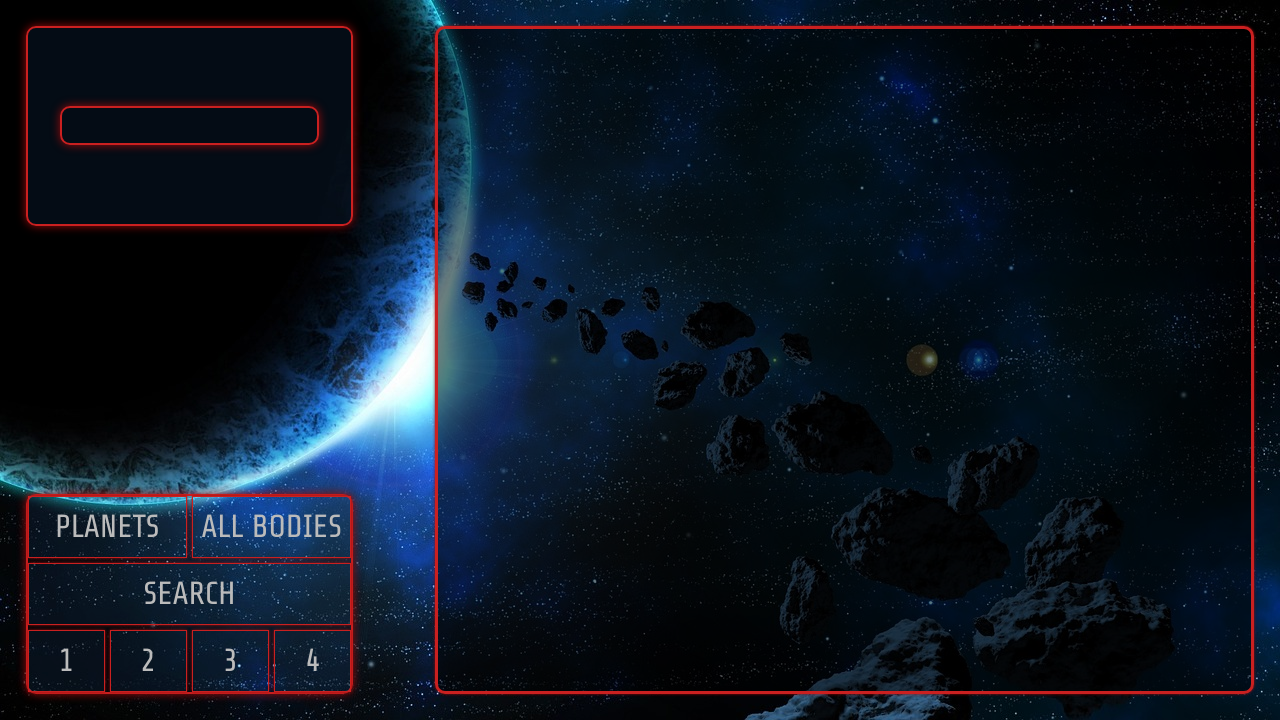
Repository: Przemek-Szadkowski/space-bodies
Page: /
These files come from the project's save history. The page is drawn as it stood at one moment and after the next save; the edit follows.
The browser window is 1280 px wide. The pictures show the whole page.
The page's requests for data from a server got no answer. The project was rebuilt for these pictures with package versions that can differ from the ones it lists, and the page was loaded fresh each time. No one was signed in, and anything a server would have sent is missing. Also part of the build but not shown: src/components/BodieRecord.js.

Above is the page before, as saved 2021-11-27 15:04:54.

### public/index.html
<!DOCTYPE html>
<html lang="en">
  <head>
    <meta charset="utf-8" />
    <meta name="viewport" content="width=device-width, initial-scale=1" />
    <meta />
    <title>Space-bodies</title>
    <link
      href="https://fonts.googleapis.com/css2?family=Share+Tech&display=swap"
      rel="stylesheet"
    />
  </head>
  <body>
    <noscript>You need to enable JavaScript to run this app.</noscript>
    <div id="root"></div>
  </body>
</html>

### src/index.css
* {
  margin: 0;
  padding: 0;
  box-sizing: border-box;
  font-family: "Share Tech", sans-serif;
}

body {
  height: 100vh;
  width: 100%;
  background-image: url(./images/space-g1a6520065_1280.jpg);
  background-position: center;
  background-repeat: no-repeat;
  background-size: cover;
  overflow: hidden;
  transition: 1s;
}

main {
  height: 100vh;
  width: 100%;
  padding: 2%;
  display: grid;
  grid-template-columns: 1fr 2fr;
  grid-template-rows: 1fr 1fr;
}

/***DASHBOARD ***/

.dashboard {
  display: grid;
  grid-template-columns: repeat(4, 1fr);
  grid-template-rows: repeat(3, 1fr);
  column-gap: 5px;
  row-gap: 5px;
  align-self: end;
  justify-self: start;
  grid-area: 2/1/3/2;
  height: 200px;
  width: 80%;
  border: 2px solid rgb(202, 32, 32);
  border-radius: 10px;
  box-shadow: 0 0 10px rgb(155, 11, 11);
}

.dashboard__btn {
  display: flex;
  justify-content: center;
  align-items: center;
  height: 100%;
  width: 100%;
  color: #bbb;
  font-size: 2rem;
  border: 1px solid rgb(202, 32, 32);
  box-shadow: 0 0 3px rgb(155, 11, 11);
  background-color: transparent;
  transition: 0.5s;
  text-transform: uppercase;
  background-color: rgba(39, 123, 201, 0.1);
}

.dashboard__btn:hover {
  cursor: pointer;
  box-shadow: 0 0 30px rgb(155, 11, 11);
  color: rgba(202, 32, 32, 0.9);
  background-color: rgba(0, 0, 0, 0.3);
}

.dashboard__btn__main:nth-child(1) {
  grid-column: 1/3;
}

.dashboard__btn__main:nth-child(2) {
  grid-column: 3/5;
}

.dashboard__btn__start {
  grid-column: 1/5;
}

/*** MAIN TEXT AREA ***/

.text {
  display: flex;
  justify-content: center;
  align-items: center;
  grid-area: 1/2/3/3;
  height: 100%;
  width: 100%;
  border: 3px solid rgb(202, 32, 32);
  box-shadow: 0 0 3px rgb(155, 11, 11);
  border-radius: 10px;
  background-color: rgba(0, 0, 0, 0.5);
  overflow: scroll;
  -ms-overflow-style: none; /* IE and Edge */
  scrollbar-width: none; /* Firefox */
}

.text::-webkit-scrollbar {
  display: none; /* Chrome, Opera */
}

.mainList {
  width: 99%;
  height: 100%;
  padding: 5px 0;
  border-radius: 10px;
  display: grid;
  grid-template-columns: repeat(4, 1fr);
  grid-template-rows: auto;
  gap: 7px;
}

.record {
  color: rgba(202, 32, 32, 0.7);
  width: 100%;
  display: grid;
  grid-template-columns: 1fr;
  grid-template-rows: 1fr;
  background-color: rgba(39, 123, 201, 0.1);
  border: 2px solid rgb(6, 32, 56);
  border-radius: 10px;
  padding: 15px;
  transition: 0.5s;
}

.record:hover {
  cursor: pointer;
  background-color: rgba(39, 123, 201, 0.3);
  color: rgba(202, 32, 32, 0.9);
}

.record p {
  width: 100%;
  font-size: 1.8rem;
  margin-left: 20px;
  margin-bottom: 10px;
}

.record p.bodie-data {
  font-size: 1rem;
  color: #bbb;
  margin-bottom: 0px;
}

/*** SEARCH INPUT ***/

.search {
  display: grid;
  grid-template-columns: 1fr;
  grid-template-rows: 1fr;
  justify-items: center;
  align-items: center;
  grid-area: 1/1/2/2;
  height: 200px;
  width: 80%;
  border: 2px solid rgb(202, 32, 32);
  border-radius: 10px;
  box-shadow: 0 0 10px rgb(155, 11, 11);
  background-color: rgba(39, 123, 201, 0.1);
}

.search input {
  height: 20%;
  width: 80%;
  border: 2px solid rgb(202, 32, 32);
  border-radius: 10px;
  box-shadow: 0 0 10px rgb(155, 11, 11);
  background-color: transparent;
  color: rgba(202, 32, 32, 0.7);
  font-size: 1.2rem;
  padding: 0 10px;
}

.search input:focus {
  outline: none;
  border: 2px solid rgb(39, 123, 201);
  box-shadow: 0 0 10px rgb(39, 123, 201);
}

### src/App.js
import React, { useState, useEffect } from 'react';
import BodiesTable from "./components/BodiesTable";
import Dashboard from "./components/Dashboard";
import SearchInput from './components/SearchInput';

const ENDPOINT = 'https://api.le-systeme-solaire.net/rest/bodies/';

function App() {

  const [bodies, setBodies] = useState([]);
  const [arePlanets, setArePlanets] = useState(false);
  const [isSearchInput, setIsSearchInput] = useState(true);

  const getData = async () => {
    const response = await fetch(ENDPOINT);
    const bodiesData = await response.json();
    setBodies(bodiesData);
  }

  const showPlanets = () => {
    setArePlanets(true);
  }

  const showAllBodies = () => {
    setArePlanets(false);
  }

  const showSearchInput = () => {
    setIsSearchInput(true);
  }

  const hideSearchInput = () => {
    setIsSearchInput(false);
  }

  useEffect(() => {
      getData();
  }, []);

  return (
    <main>
      {isSearchInput ? <SearchInput/> : null}
      <Dashboard showPlanets={showPlanets} showAllBodies={showAllBodies}/>
      <BodiesTable bodies={arePlanets ? bodies.bodies.filter(body => body.isPlanet) : bodies.bodies}/>
    </main>
  );
}

export default App;

### src/components/BodiesTable.js
import React from 'react';
import BodieRecord from './BodieRecord';

export default function BodiesTable(props) {
    return (
        <div className="text">
            <div className="mainList">
               {props.bodies && props.bodies.map( bodie => {
                   return <BodieRecord key={bodie.id} data={bodie}/>
               })}
            </div>
        </div>
    )
}

### src/components/Dashboard.js
import React from 'react'

export default function Dashboard(props) {
    return (
        <div className="dashboard">
            <button
            className="dashboard__btn dashboard__btn__main dashboard__btn__main__planets" onClick={props.showPlanets}>Planets</button>
            <button className="dashboard__btn dashboard__btn__main" onClick={props.showAllBodies}>All bodies</button>
            <button className="dashboard__btn dashboard__btn__start">Search</button>
            <button className="dashboard__btn dashboard__btn__options">1</button>
            <button className="dashboard__btn dashboard__btn__options">2</button>
            <button className="dashboard__btn dashboard__btn__options">3</button>
            <button className="dashboard__btn dashboard__btn__options">4</button>
        </div>
    )
}

### src/components/SearchInput.js
import React from 'react'

export default function SearchInput() {
    return (
        <div className="search">
            <input type="search" />
        </div>
    )
}

Loaded but not shown: src/index.js (common file)

After the next save:
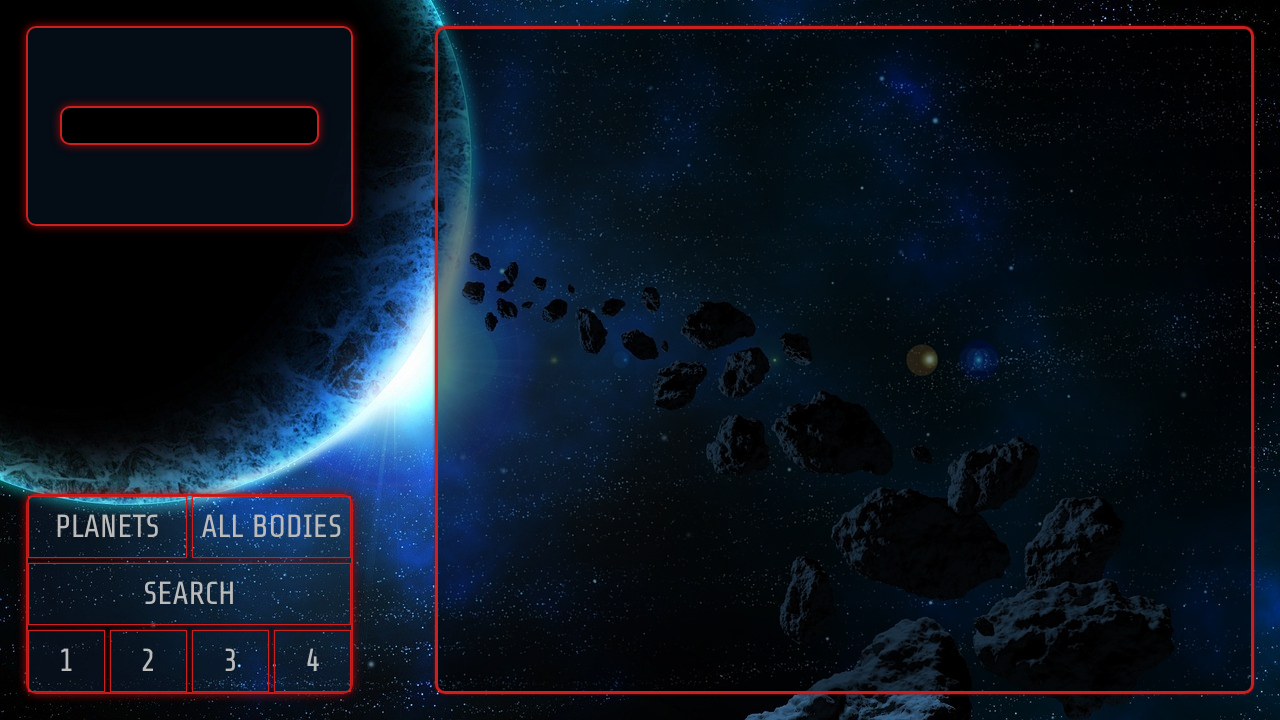
Saved 8 s later.
--- a/src/index.css
+++ b/src/index.css
@@ -166,7 +166,7 @@ main {
   border: 2px solid rgb(202, 32, 32);
   border-radius: 10px;
   box-shadow: 0 0 10px rgb(155, 11, 11);
-  background-color: transparent;
+  background-color: #000;
   color: rgba(202, 32, 32, 0.7);
   font-size: 1.2rem;
   padding: 0 10px;
